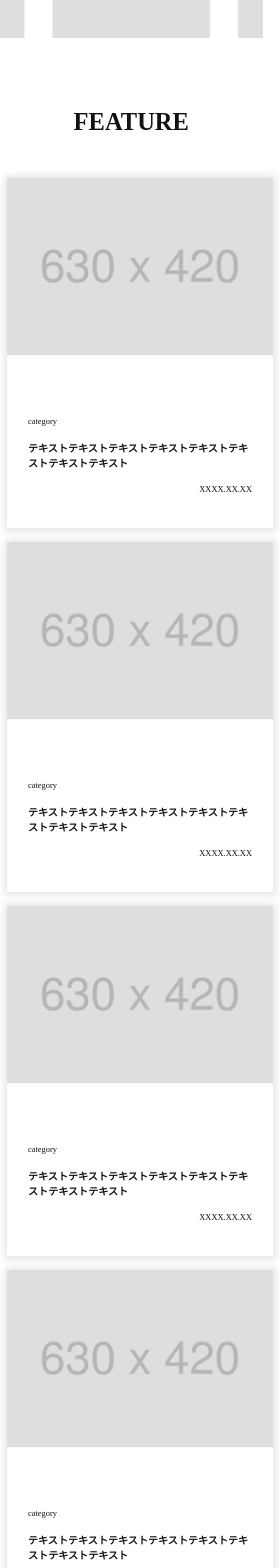
Repository: n19880405nick/challenge
Page: Codestep/Sneakers/sneakers.html
The author's editor kept a record of every edit. The page is drawn from the files as they stood at one moment, then again after the next edit.
The browser window is 375 px wide. The page is 400 px wide, so the pictures cover 400 px, including what lies to the right of the window. The pictures show the part of the page from y = 1255 to 3495 px (the page is 11348 px tall before and 11708 px after), at 70% of full size.
Some web libraries are served in a nearby version.

Above is the page before.

### Codestep/Sneakers/sneakers.html
<!DOCTYPE html>
<html lang="ja">
  <head>
    <meta charset="utf-8">
    <meta name="viewport" content="width=device-widht, initial-scale=1.0">
    <title>Sneakers</title>
    <link rel="stylesheet" href="sneakers.css">
    <link rel="shortcut icon" href="img/favicon.ico">
    <link rel="stylesheet" type="text/css" href="https://cdn.jsdelivr.net/npm/slick-carousel@1.8.1/slick/slick.css">
    <link rel="stylesheet" type="text/css" href="https://cdnjs.cloudflare.com/ajax/libs/slick-carousel/1.9.0/slick-theme.css">
    <script src="https://ajax.googleapis.com/ajax/libs/jquery/3.6.0/jquery.min.js"></script>
    <script src="jquery.inview.min.js"></script>
    <script type="text/javascript" src="https://cdn.jsdelivr.net/npm/slick-carousel@1.8.1/slick/slick.min.js"></script>
    <script src="main.js"></script>
  </head>

  <body>
    <header>
      <a href=""><img class="logo" src="img/logo.svg"></a>
      <nav>
        <ul class="nav-lists">
          <li><a href="#pickup">PICK UP</a></li>
          <li><a href="#feature">FEATURE</a></li>
          <li><a href="#contact">CONTACT</a></li>
        </ul>
        <ul class="nav-sns">
          <li><a href="https://twitter.com/">Twitter</a></li>
          <li><a href="https://www.facebook.com/">facebook</a></li>
          <li><a href="https://www.instagram.com/">instagram</a></li>
        </ul>
      </nav>
      <div class="hamburger">
        <span></span>
        <span></span>
        <span></span>
      </div>
      <div class="mask"></div>
    </header>

    <main>
      <div id="main-visual"></div>

      <section id="pickup">
        <h1 class="title">PICK UP</h1>
        <ul class="slider">
          <li><img src="img/pickup1.jpg"></li>
          <li><img src="img/pickup2.jpg"></li>
          <li><img src="img/pickup3.jpg"></li>
          <li><img src="img/pickup4.jpg"></li>
          <li><img src="img/pickup5.jpg"></li>
          <li><img src="img/pickup6.jpg"></li>
          <li><img src="img/pickup7.jpg"></li>
          <li><img src="img/pickup8.jpg"></li>
          <li><img src="img/pickup9.jpg"></li>
        </ul>
      </section>

      <section id="feature">
        <h1 class="title">FEATURE</h1>
        <div class="feature-contents">
          <div class="feature-content">
            <img class="feature-image" src="img/feature1.jpg">
            <div class="feature-texts">
              <span>category</span>
              <span><strong>テキストテキストテキストテキストテキストテキストテキストテキスト</strong></span>
              <span>XXXX.XX.XX</span>
            </div>
          </div>
          <div class="feature-content">
            <img class="feature-image" src="img/feature2.jpg">
            <div class="feature-texts">
              <span>category</span>
              <span><strong>テキストテキストテキストテキストテキストテキストテキストテキスト</strong></span>
              <span>XXXX.XX.XX</span>
            </div>
          </div>
          <div class="feature-content">
            <img class="feature-image" src="img/feature3.jpg">
            <div class="feature-texts">
              <span>category</span>
              <span><strong>テキストテキストテキストテキストテキストテキストテキストテキスト</strong></span>
              <span>XXXX.XX.XX</span>
            </div>
          </div>
          <div class="feature-content">
            <img class="feature-image" src="img/feature4.jpg">
            <div class="feature-texts">
              <span>category</span>
              <span><strong>テキストテキストテキストテキストテキストテキストテキストテキスト</strong></span>
              <span>XXXX.XX.XX</span>
            </div>
          </div>
          <div class="feature-content">
            <img class="feature-image" src="img/feature5.jpg">
            <div class="feature-texts">
              <span>category</span>
              <span><strong>テキストテキストテキストテキストテキストテキストテキストテキスト</strong></span>
              <span>XXXX.XX.XX</span>
            </div>
          </div>
          <div class="feature-content">
            <img class="feature-image" src="img/feature6.jpg">
            <div class="feature-texts">
              <span>category</span>
              <span><strong>テキストテキストテキストテキストテキストテキストテキストテキスト</strong></span>
              <span>XXXX.XX.XX</span>
            </div>
          </div>
          <div class="feature-content">
            <img class="feature-image" src="img/feature7.jpg">
            <div class="feature-texts">
              <span>category</span>
              <span><strong>テキストテキストテキストテキストテキストテキストテキストテキスト</strong></span>
              <span>XXXX.XX.XX</span>
            </div>
          </div>
          <div class="feature-content">
            <img class="feature-image" src="img/feature8.jpg">
            <div class="feature-texts">
              <span>category</span>
              <span><strong>テキストテキストテキストテキストテキストテキストテキストテキスト</strong></span>
              <span>XXXX.XX.XX</span>
            </div>
          </div>
          <div class="feature-content">
            <img class="feature-image" src="img/feature9.jpg">
            <div class="feature-texts">
              <span>category</span>
              <span><strong>テキストテキストテキストテキストテキストテキストテキストテキスト</strong></span>
              <span>XXXX.XX.XX</span>
            </div>
          </div>
        </div>
      </section>

      <section id="contact">
        <h1 class="title">CONTACT</h1>
        <div class="contact-contents">
          <div class="contact-texts">
            <span>
              テキストテキストテキスト<br><br>
              テキストテキストテキストテキストテキストテキストテキストテキストテキスト
              テキストテキストテキストテキストテキストテキストテキストテキストテキスト
              テキストテキストテキストテキストテキストテキストテキストテキストテキスト<br><br>
              テキストテキストテキストテキストテキストテキストテキストテキストテキスト
              テキストテキストテキストテキストテキストテキストテキストテキストテキスト
              テキストテキストテキストテキストテキストテキストテキストテキストテキスト
            </span>
          </div>
          <div class="contact-inputs">
            <label>Name:</label>
            <input type="name">
            <label>Mail:</label>
            <input type="email">
            <label>Message:</label>
            <textarea rows="3"></textarea>
            <a href=""><button>SEND</button></a>
          </div>
        </div>
      </section>
    </main>

    <footer>
      <span class="copyright">© Sneakers</span>
    </footer>
  </body>
</html>

### Codestep/Sneakers/sneakers.css
*{
  margin: 0;
  padding: 0;
  box-sizing: border-box;
}

body{
  color: #121212;
  font-size: 0.9rem;
}
/*header*/
header{
  width: 100vw;
  position: fixed;
  top: 0;
  background-color: white;
  z-index: 3;
}

.logo{
  width: 150px;
  height: 80px;
  margin-left: 30px;
}

nav{
  width: 300px;
  height: 100vw;
  position: fixed;
  top: 0;
  left: -500px;
  background-color: #121212;
  opacity: 0;
  visibility: hidden;
  transition: 0.5s;
}

.open nav{
  left: 0;
  opacity: 1;
  visibility: visible;
  z-index: 10;
}

.nav-lists, .nav-sns{
  width: 250px;
  margin: 50px auto;
}

.nav-lists li{
  padding: 20px 0;
  border-bottom: solid 1px white;
}

.nav-lists li:first-child{
  border-top: solid 1px white;
}

.nav-sns li{
  margin: 10px 0;
}

.nav-lists li a,
.nav-sns li a{
  color: white;
  text-decoration: none;
}

.hamburger{
  width: 120px;
  height: 80px;
  background-color: transparent;
  border: solid 1px transparent;
  cursor: pointer;
  position: fixed;
  top: 0;
  right: 0;
  z-index: 10;
}

.hamburger span{
  content: "";
  display: block;
  width: 30px;
  height: 2px;
  background-color: #121212;
  position: absolute;
  top: 35px;
  right: 45px;
  transition: 0.5s;
}

.hamburger span:first-child{
  top: 25px;
}

.hamburger span:last-child{
  top: 45px;
}

.open .hamburger span{
  background-color: white;
}

.open .hamburger span:first-child{
  transform: translateY(10px) rotate(315deg);
}

.open .hamburger span:nth-child(2){
  display: none;
}

.open .hamburger span:last-child{
  transform: translateY(-10px) rotate(-315deg);
}

.mask{
  width: 100vw;
  height: 100vh;
  display: none;
  position: fixed;
  top: 0;
  left: 0;
  background-color: rgba(0, 0, 0, 0.6);
  z-index: 5;
}

.open .mask{
  display: block;
}
/*main*/
#main-visual{
  width: 100vw;
  height: 100vh;
  background-image: url("img/bg.gif");
  background-repeat: repeat;
  animation: bgloop 10s linear infinite;
}

@keyframes bgloop{
  0% { background-position: 0 0;}
  100% { background-position: -700px 700px;}
}
/*pickup*/
#pickup, #feature{
  margin: 100px 0 50px;
}

.title{
  width: fit-content;
  font-size: 35px;
  margin: 50px auto;
}

.slider img{
  width: 450px;
  height: 300px;
  margin: 0 50px;
}
/*feature*/
.feature-contents{
  max-width: 1300px;
  margin: 0 auto;
  display: grid;
  grid-template-columns: repeat(auto-fit, minmax(400px, 1fr));
}

.feature-content{
  max-width: 400px;
  height: 500px;
  margin: 10px;
  box-shadow: 0 0 10px 5px rgba(0, 0, 0, 0.1);
  position: relative;
}

.feature-image{
  width: 100%;
  position: absolute;
  top: 100px;
  visibility: hidden;
  opacity: 0;
  transition: 0.5s;
}

.feature-image.is-inview{
  top: 0;
  visibility: visible;
  opacity: 1;
}

.feature-texts{
  margin-top: 300px;
  padding: 30px;
  display: flex;
  flex-direction: column;
}

.feature-texts span{
  margin: 10px 0;
}

.feature-texts span:first-child,
.feature-texts span:last-child{
  font-size: 12px;
}

.feature-texts span:last-child{
  margin-left: auto;
}
/*contact*/
#contact{
  padding: 50px 0;
  background-color: #121212;
  color: white;
}

.contact-contents{
  max-width: 1300px;
  margin: 0 auto;
  display: flex;
  justify-content: center;
}

.contact-texts{
  width: 550px;
  margin-right: 100px;
}

.contact-inputs{
  width: 550px;
  display: flex;
  flex-direction: column;
}

.contact-inputs input{
  font-size: 20px;
  margin-bottom: 20px;
  padding: 3px 10px;
  height: 40px;
}

.contact-inputs textarea{
  font-size: 20px;
  margin-bottom: 20px;
  padding: 3px 10px;
}

.contact-inputs input:focus,
.contact-inputs textarea:focus{
  outline-width: 0;
}

.contact-inputs button{
  width: 200px;
  height: 50px;
  background-color: transparent;
  border: solid 1px white;
  color: white;
  cursor: pointer;
}

.contact-inputs button:hover{
  background-color: white;
  color: #121212;
}
/*footer*/
footer{
  padding: 20px 0;
  background-color: #121212;
  color: white;
  font-size: 14px;
  display: flex;
  justify-content: center;
  align-items: center;
}
/*responsive*/
@media screen and (max-width: 600px){
  .slider img{
    width: 60vw;
    height: 40vh;
    margin: 0 20px;
  }

  .feature-content{
    max-width: 400px;
  height: 500px;
    margin: 10px;
    box-shadow: 0 0 10px 5px rgba(0, 0, 0, 0.1);
    position: relative;
  }
}

### Codestep/Sneakers/main.js
$(function(){
	$('a[href^="#').click(function(){
		let href = $(this).attr("href");
		let target = $(href == "#" || href == "" ? 'html' : href);
		let position = target.offset().top - 100;
		$("html, body").animate({scrollTop:position}, 600, "swing");
	});
	$('.hamburger').on('click',function(){
		if($('header').hasClass('open')){
			$('header').removeClass('open');
		}else{
			$('header').addClass('open');
		}
	});
	$('nav').on('click',function(){
		$('header').removeClass('open');
	});
	$('.mask').on('click',function(){
		$('header').removeClass('open');
	});
	// slider
	$('.slider').slick({
		infinite: true,
  	slidesToScroll: 1,
  	slidesToShow: 1,
		centerMode: true,
  	variableWidth: true
	});
	// inview
	$('.feature-image').on('inview',function(event, isInView, visiblePartX, visiblePartY){
    if (isInView){
      $(this).addClass('is-inview');
    }
  });
});

Loaded but not shown: Codestep/Sneakers/jquery.inview.min.js (common file)

After the next edit:
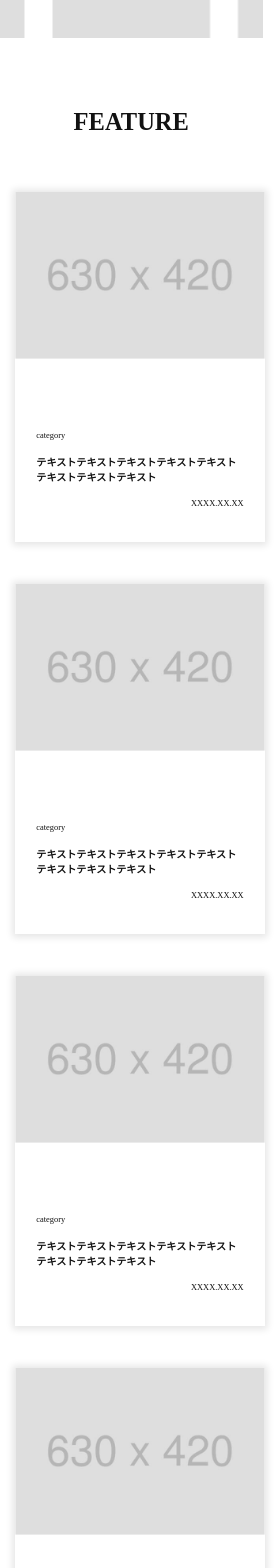
The edit:
--- a/Codestep/Sneakers/sneakers.css
+++ b/Codestep/Sneakers/sneakers.css
@@ -282,10 +282,7 @@
   }
 
   .feature-content{
-    max-width: 400px;
-  height: 500px;
-    margin: 10px;
-    box-shadow: 0 0 10px 5px rgba(0, 0, 0, 0.1);
-    position: relative;
+    margin: 30px auto;
+    max-width: 95vw;
   }
 }
